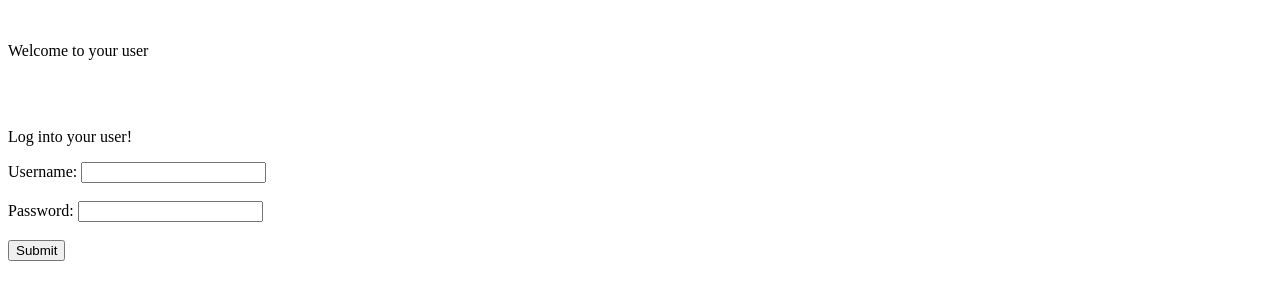
Repository: hcm4990/BankingApplicationRestAPI
Page: gs-serving-web-content-complete/src/main/resources/static/account.html
An editor plug-in stored every save of this project. The page is shown before and after the next save, followed by the edit.
The browser window is 1280 px wide. The pictures show the whole page.

Above is the page before, as saved 2020-04-06 15:12:31.

After the next save:
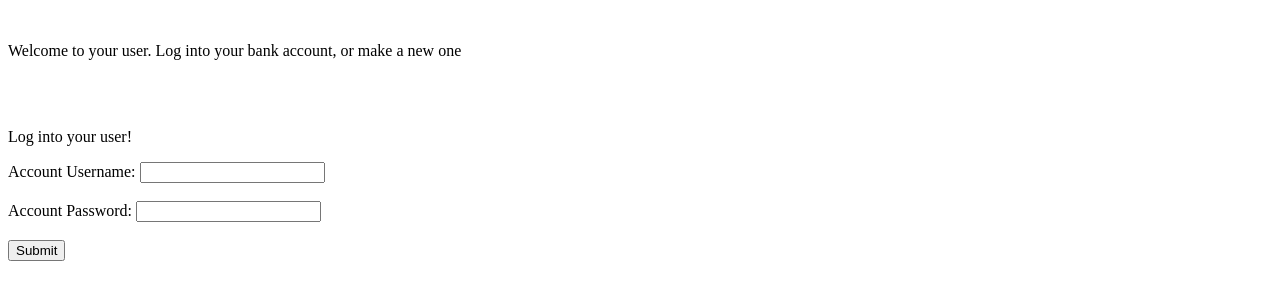
Saved 17 s later.
--- a/gs-serving-web-content-complete/src/main/resources/static/account.html
+++ b/gs-serving-web-content-complete/src/main/resources/static/account.html
@@ -6,14 +6,14 @@
 </head>
 <body>
 	<br>
-	<p>Welcome to your user</p>
+	<p>Welcome to your user. Log into your bank account, or make a new one</p>
 	<br>
 	<br>
 	<p><p>Log into your user!</p>
 	<form action="/transaction">
-		<label for="user_id">Username:</label> <input type="text" id="user_id"
+		<label for="user_id">Account Username:</label> <input type="text" id="user_id"
 			name="user_id"><br> <br>
-		<label for="pass_word">Password:</label> <input type="text" id="pass_word"
+		<label for="pass_word">Account Password:</label> <input type="text" id="pass_word"
 			name="pass_word"><br>
 		<br> <input type="submit" value="Submit">
 	</form>
